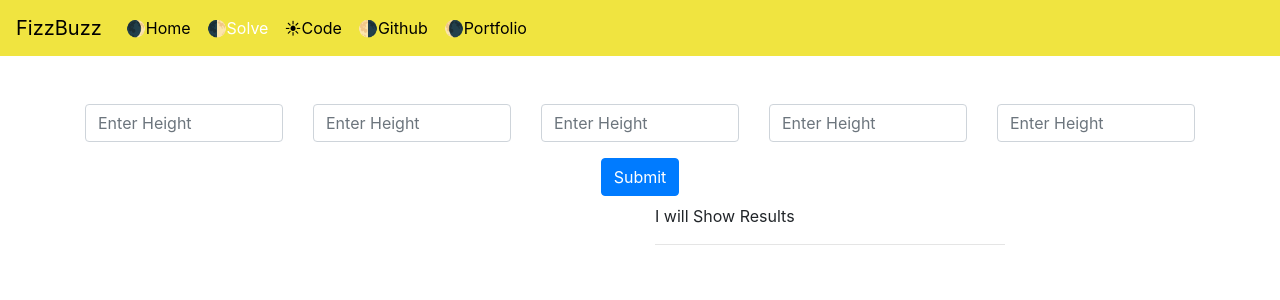
Repository: zhadjah9559/SunsetHills
Page: solve.html
An editor plug-in stored every save of this project. The page is shown before and after a run of saves, followed by the edit.
The browser window is 1280 px wide. The pictures show the whole page.

Above is the page before, as saved 2021-01-14 16:53:51.

### solve.html
<!doctype html>
<html lang="en">
  <head>
    <title>Title</title>
    <!-- Required meta tags -->
    <meta charset="utf-8">
    <meta name="viewport" content="width=device-width, initial-scale=1, shrink-to-fit=no">
    <meta http-equiv="X-UA-Compatible" content="ie=edge">
    <title>Fizz Buzz Coding Challenge (Implementing the Meta Strat</title>


    <!-- Bootstrap CSS -->
    <link rel="stylesheet" href="https://stackpath.bootstrapcdn.com/bootstrap/4.3.1/css/bootstrap.min.css" integrity="sha384-ggOyR0iXCbMQv3Xipma34MD+dH/1fQ784/j6cY/iJTQUOhcWr7x9JvoRxT2MZw1T" crossorigin="anonymous">
    <link rel="stylesheet" href="css/custom.css">
    <link rel="stylesheet" href="css/prism.css">

  </head>
  <body>
    <nav class="navbar navbar-expand-sm navbar-dark" style="background-color:  #F0E440;">
        <a class="navbar-brand" href="#">FizzBuzz</a>
        <button class="navbar-toggler d-lg-none" type="button" data-toggle="collapse" data-target="#collapsibleNavId" aria-controls="collapsibleNavId"
            aria-expanded="false" aria-label="Toggle navigation"></button>
        <div class="collapse navbar-collapse" id="collapsibleNavId">
            <ul class="navbar-nav mr-auto mt-2 mt-lg-0">
                <li class="nav-item">
                    <a class="nav-link" href="index.html">🌒Home </a>
                </li>
                <li class="nav-item">
                    <a class="nav-link active" href="solve.html">🌓Solve <span class="sr-only">(current)</span></a>
                </li>
                <li class="nav-item">
                    <a class="nav-link" href="code.html">☀Code</a>
                </li>
                <li class="nav-item">
                    <a class="nav-link" target="_blank" href="https://github.com/zhadjah9559/SunsetHills">🌗Github</a>
                </li>
                <li class="nav-item">
                    <a class="nav-link" target="_blank" href="https://www.zacharyhadjah.netlify.app">🌘Portfolio</a>
                </li>
            </ul>
        </div>
    </nav>

    <div class="container pt-5">


        <div class="row">
            <div class="col-md form-group">
                <input class="form-control" id="input1" placeholder="Enter Height" type="number"/>
            </div>
            <div class="col-md form-group">
                <input class="form-control" id="input2" placeholder="Enter Height" type="number"/>
            </div>
            <div class="col-md form-group">
                <input class="form-control" id="input3" placeholder="Enter Height" type="number"/>
            </div>
            <div class="col-md form-group">
                <input class="form-control" id="input4" placeholder="Enter Height" type="number"/>
            </div>
            <div class="col-md form-group">
                <input class="form-control" id="input5" placeholder="Enter Height" type="number"/>
            </div>
        </div>

        <div class="row justify-content-center">
            <label><span></span><input class="btn btn-primary" type="submit" onclick="BeginFunction()"></label>
        </div>

        <div class="row">
            <div class="col-4 offset-6">
                <p>I will Show Results</p>
                <hr/>
                <p id="results"></p>
            </div>
        </div>




    </div>








    </div>


    <!-- Optional JavaScript -->
    <!-- jQuery first, then Popper.js, then Bootstrap JS -->
    <script src="https://code.jquery.com/jquery-3.3.1.slim.min.js" integrity="sha384-q8i/X+965DzO0rT7abK41JStQIAqVgRVzpbzo5smXKp4YfRvH+8abtTE1Pi6jizo" crossorigin="anonymous"></script>
    <script src="https://cdnjs.cloudflare.com/ajax/libs/popper.js/1.14.7/umd/popper.min.js" integrity="sha384-UO2eT0CpHqdSJQ6hJty5KVphtPhzWj9WO1clHTMGa3JDZwrnQq4sF86dIHNDz0W1" crossorigin="anonymous"></script>
    <script src="https://stackpath.bootstrapcdn.com/bootstrap/4.3.1/js/bootstrap.min.js" integrity="sha384-JjSmVgyd0p3pXB1rRibZUAYoIIy6OrQ6VrjIEaFf/nJGzIxFDsf4x0xIM+B07jRM" crossorigin="anonymous"></script>
    <script src="js/custom.js"></script>
    <script src="js/prism.js"></script>

  </body>
</html>

### css/custom.css
.navbar-dark .navbar-nav .active>.nav-link{
    color:black;
}
.navbar-dark .navbar-nav .nav-link{
    color:black;
}
.navbar .navbar-brand{
    color:black;
}

### css/prism.css
/* PrismJS 1.23.0
https://prismjs.com/download.html#themes=prism-okaidia&languages=markup+css+clike+javascript&plugins=line-numbers */
/**
 * okaidia theme for JavaScript, CSS and HTML
 * Loosely based on Monokai textmate theme by http://www.monokai.nl/
 * @author ocodia
 */

code[class*="language-"],
pre[class*="language-"] {
	color: #f8f8f2;
	background: none;
	text-shadow: 0 1px rgba(0, 0, 0, 0.3);
	font-family: Consolas, Monaco, 'Andale Mono', 'Ubuntu Mono', monospace;
	font-size: 1em;
	text-align: left;
	white-space: pre;
	word-spacing: normal;
	word-break: normal;
	word-wrap: normal;
	line-height: 1.5;

	-moz-tab-size: 4;
	-o-tab-size: 4;
	tab-size: 4;

	-webkit-hyphens: none;
	-moz-hyphens: none;
	-ms-hyphens: none;
	hyphens: none;
}

/* Code blocks */
pre[class*="language-"] {
	padding: 1em;
	margin: .5em 0;
	overflow: auto;
	border-radius: 0.3em;
}

:not(pre) > code[class*="language-"],
pre[class*="language-"] {
	background: #272822;
}

/* Inline code */
:not(pre) > code[class*="language-"] {
	padding: .1em;
	border-radius: .3em;
	white-space: normal;
}

.token.comment,
.token.prolog,
.token.doctype,
.token.cdata {
	color: #8292a2;
}

.token.punctuation {
	color: #f8f8f2;
}

.token.namespace {
	opacity: .7;
}

.token.property,
.token.tag,
.token.constant,
.token.symbol,
.token.deleted {
	color: #f92672;
}

.token.boolean,
.token.number {
	color: #ae81ff;
}

.token.selector,
.token.attr-name,
.token.string,
.token.char,
.token.builtin,
.token.inserted {
	color: #a6e22e;
}

.token.operator,
.token.entity,
.token.url,
.language-css .token.string,
.style .token.string,
.token.variable {
	color: #f8f8f2;
}

.token.atrule,
.token.attr-value,
.token.function,
.token.class-name {
	color: #e6db74;
}

.token.keyword {
	color: #66d9ef;
}

.token.regex,
.token.important {
	color: #fd971f;
}

.token.important,
.token.bold {
	font-weight: bold;
}
.token.italic {
	font-style: italic;
}

.token.entity {
	cursor: help;
}

pre[class*="language-"].line-numbers {
	position: relative;
	padding-left: 3.8em;
	counter-reset: linenumber;
}

pre[class*="language-"].line-numbers > code {
	position: relative;
	white-space: inherit;
}

.line-numbers .line-numbers-rows {
	position: absolute;
	pointer-events: none;
	top: 0;
	font-size: 100%;
	left: -3.8em;
	width: 3em; /* works for line-numbers below 1000 lines */
	letter-spacing: -1px;
	border-right: 1px solid #999;

	-webkit-user-select: none;
	-moz-user-select: none;
	-ms-user-select: none;
	user-select: none;

}

	.line-numbers-rows > span {
		display: block;
		counter-increment: linenumber;
	}

		.line-numbers-rows > span:before {
			content: counter(linenumber);
			color: #999;
			display: block;
			padding-right: 0.8em;
			text-align: right;
		}

### js/custom.js
let sunsetOrder = "";

function BeginFunction(){
    //wire up all the data to the building variables
    let building1 = parseInt( document.getElementById("input1") )
    let building2 = parseInt( document.getElementById("input2") )
    let building3 = parseInt( document.getElementById("input3") )
    let building4 = parseInt( document.getElementById("input4") )
    let building5 = parseInt( document.getElementById("input5") )

    const buildings = document.querySelectorAll(".form-control").forEach( building =>{
        JasonsFunction()
    })

     //Put all the buildings into an array
     //let buildingsArray = [building1, building2, building3, building4, building5]


    //Create multiple functions for debugging purposes
    //helps keeps track of exactly where problems are
    //KeepTrackOfTallest();

}

function KeepTrackOfTallest(){


    //You will need to use  nested for loops. Nested for loops are how you can properly
    //compare elements inside of an array with eachother.

    //Loop starts at one because it will be the loop that is compared to all the
    //previous buildings that are infront of it
    for (let currentBuilding = 1; currentBuilding < buildingsArray.length; currentBuilding++) {

        //will be kept false UNTIL you find the tallest building
        //once tallest building is found, it will be switched to true
        let tallestBuilding = false

        //this loop starts at one because it will need to stay before the position of the
        //current building. It needs to stay before current building to properly compare
        //which building is taller. That is why the middle condition is
        // previousBuilding < currentBuilding
        for (let previousBuilding = 0; previousBuilding < currentBuilding; previousBuilding++) {

            //if any of the previous building are taller than the building that is currently being compared with,
            //then change the bool to true
            if(buildingsArray[previousBuilding] >= buildingsArray[currentBuilding]){
                tallest = true;
                break;
            }else
                continue;

        }
    }

    if(tallestBuilding == false)
        sunsetOrder.push("")
    else
        sunsetOrder.push("")

    results = sunsetOrder.join("");
    document.getElementById("results").innerHTML = `${results}`;
}

function JasonsFunction(){
    let maxHeight = buildingsArray[0]
    let viewOrder = new Array()
    viewOrder.push(building1)

    //if the current building is larger than the largest previous building, then add it to array
    //Determine maximum number algorithm
    for (let i = 1; i < array.length; i++) {
        if(buildingsArray[i] > maxheight){
            maxHeight = buildingsArray[i]
            viewOrder.push(maxheight)
        }
        document.getElementById("results").innerText =  `The ascending array is [ ${ascendingarray.join(",")}]`
    }
}

function clear(){
    buildings.querySelectorAll("")
}

Loaded but not shown: js/prism.js (library)

After the next 2 saves:
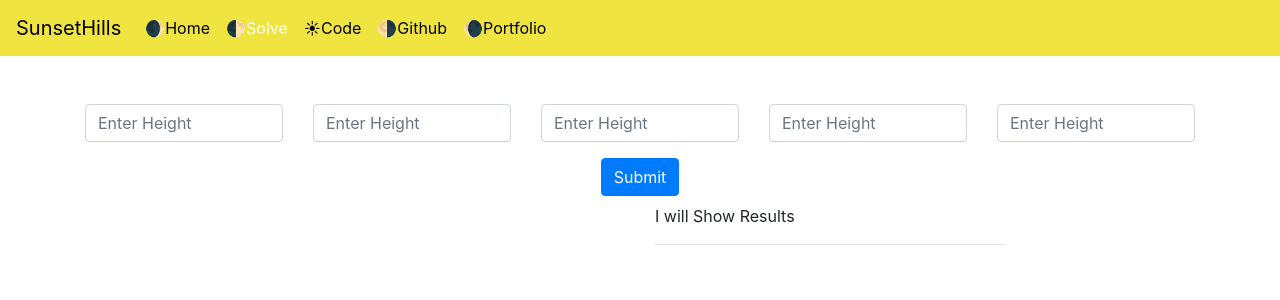
The 2 saves are shown as one change because they came seconds apart.
The last was saved 30 s later.
--- a/solve.html
+++ b/solve.html
@@ -17,7 +17,7 @@
   </head>
   <body>
     <nav class="navbar navbar-expand-sm navbar-dark" style="background-color:  #F0E440;">
-        <a class="navbar-brand" href="#">FizzBuzz</a>
+        <a class="navbar-brand" href="#">SunsetHills</a>
         <button class="navbar-toggler d-lg-none" type="button" data-toggle="collapse" data-target="#collapsibleNavId" aria-controls="collapsibleNavId"
             aria-expanded="false" aria-label="Toggle navigation"></button>
         <div class="collapse navbar-collapse" id="collapsibleNavId">
